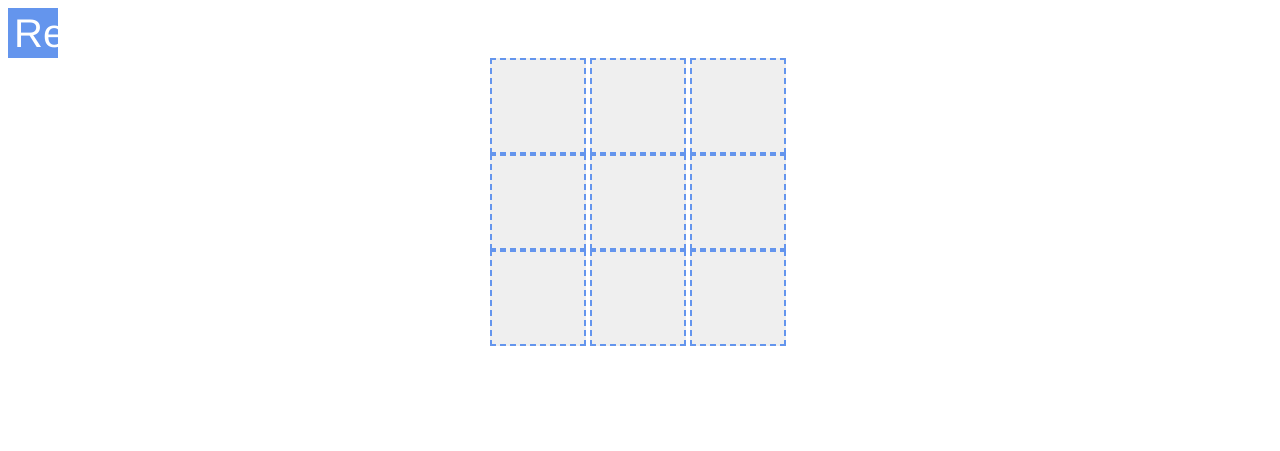
Repository: Milineam6162/workspace
Page: workspace 4/html/tic.html
The author's editor kept a record of every edit. The page is drawn from the files as they stood at one moment, then again after the next edit.
The browser window is 1280 px wide. The pictures show the whole page.

Above is the page before.

### workspace 4/html/tic.html
<!DOCTYPE html>
<html>
    <head>
        <title>Tick Tack Toe Game</title>
        <link rel="stylesheet" href="../css/stylesheet.css" type="text/css" />

    </head>
    <body>
        <input type="button" id="restartGame" value="Restart Game" onClick="history.go(0)">

        <div id="box">
            <div>
            <input type="button" class="but" id="btn1" onclick="clickBtn('btn1')" value=" ">
            <input type="button" class="but" id="btn2" onclick="clickBtn('btn2')" value=" "/>
            <input type="button" class="but" id="btn3" onclick="clickBtn('btn3')" value=" "/>
            </div>
            <div>
            <input type="button" class="but" id="btn4" onclick="clickBtn('btn4')" value=" "/>
            <input type="button" class="but" id="btn5" onclick="clickBtn('btn5')" value=" "/>
            <input type="button" class="but" id="btn6" onclick="clickBtn('btn6')" value=" "/>
            </div>
            <div>
            <input type="button" class="but" id="btn7" onclick="clickBtn('btn7')" value=" "/>
            <input type="button" class="but" id="btn8" onclick="clickBtn('btn8')" value=" "/>
            <input type="button" class="but" id="btn9" onclick="clickBtn('btn9')" value=" "/>
            </div>
        </div>
        <div>
            <h1 id="words"></h1>
        </div>

        <script src="../java/one.js"></script>
    </body>
</html>

### workspace 4/css/stylesheet.css
#box {
    width:300px;
    height:300px;
    border:none;
    margin:auto;
}
.but {

    width:96px;
    height:96px;
    border:2px dashed #6495ed;
    font-size:60px;
    font-family:helvetica;
    margin:auto;
}
#restartGame {

    width:50px;
    height:50px;
    font-family:helvetica;
    border:none;
    font-size:40px;
    background-color:#6495ed;
    color:white;
    margin: 0 auto 0 auto;
}
#words {
    color:#6495ed;
    font-family:helvetica;
    font-size:35px;

    margin:auto;

}
#wbox {
    width:300px;
    height:50px;
    background-color:#c1ff55;
    border:2px dashed white;
    margin:auto;
}

### workspace 4/java/one.js
var player = 1;
var countTurn=0;
            function clickBtn(btn1){

                if (player === 1){
                    document.getElementById(btn1).value="X";
                    document.getElementById(btn1).disabled="disabled";
                    player -= 1;

                    countTurn = countTurn +1;
                    checkCatsGame();
                    winner();

                }
                else {
                    document.getElementById(btn1).value="O";
                    document.getElementById(btn1).disabled="disabled";
                    player+=1;

                    countTurn = countTurn +1;
                    checkCatsGame();
                    winner();

                };

            }
            function disableBox(){
                document.getElementById("btn1").disabled ="disabled";
                document.getElementById("btn2").disabled ="disabled";
                document.getElementById("btn3").disabled ="disabled";
                document.getElementById("btn4").disabled ="disabled";
                document.getElementById("btn5").disabled ="disabled";
                document.getElementById("btn6").disabled ="disabled";
                document.getElementById("btn7").disabled ="disabled";
                document.getElementById("btn8").disabled ="disabled";
                document.getElementById("btn9").disabled ="disabled";

            }

            var word = document.getElementById("words").innerHTML;

            function checkCatsGame() {
                if (countTurn === 9){
                    document.getElementById("words").innerHTML="Cats Game";
                }
            }
            function winner() {


                if (
                    document.getElementById("btn1").value === "X" &&
                     document.getElementById("btn2").value === "X" &&
                      document.getElementById("btn3").value === "X"
                    ){
                        document.getElementById("words").innerHTML="Winner is X"

                        disableBox();
                    }
                else if (
                    document.getElementById("btn4").value ==="X" &&
                    document.getElementById("btn5").value ==="X" &&
                    document.getElementById("btn6").value ==="X"
                    ){
                        disableBox();
                        document.getElementById("words").innerHTML="Winner is X"
                    }
                else if (
                    document.getElementById("btn7").value ==="X" &&
                    document.getElementById("btn8").value ==="X" &&
                    document.getElementById("btn9").value ==="X"
                    ){
                        disableBox();
                        document.getElementById("words").innerHTML="Winner is X"
                    }
                else if (
                    document.getElementById("btn1").value ==="O" &&
                    document.getElementById("btn2").value ==="O" &&
                    document.getElementById("btn3").value ==="O"
                    ){
                        disableBox();
                        document.getElementById("words").innerHTML="Winner is O"
                    }
                    else if (
                    document.getElementById("btn4").value ==="O" &&
                    document.getElementById("btn5").value ==="O" &&
                    document.getElementById("btn6").value ==="O"
                    ){
                        disableBox();
                        document.getElementById("words").innerHTML="Winner is O"


                    }
                    else if (
                    document.getElementById("btn7").value ==="O" &&
                    document.getElementById("btn8").value ==="O" &&
                    document.getElementById("btn9").value ==="O"
                    ){
                        disableBox();
                        document.getElementById("words").innerHTML="Winner is O"
                    }
                    else if (
                    document.getElementById("btn1").value ==="O" &&
                    document.getElementById("btn5").value ==="O" &&
                    document.getElementById("btn9").value ==="O"
                    ){
                        disableBox();
                        document.getElementById("words").innerHTML="Winner is O"
                    }
                    else if (
                    document.getElementById("btn3").value ==="O" &&
                    document.getElementById("btn5").value ==="O" &&
                    document.getElementById("btn7").value ==="O"
                    ){
                        disableBox();
                        document.getElementById("words").innerHTML="Winner is O"
                    }
                    else if (
                    document.getElementById("btn1").value ==="X" &&
                    document.getElementById("btn5").value ==="X" &&
                    document.getElementById("btn9").value ==="X"
                    ){
                        disableBox();
                        document.getElementById("words").innerHTML="Winner is X"
                    }
                    else if (
                    document.getElementById("btn3").value ==="X" &&
                    document.getElementById("btn5").value ==="X" &&
                    document.getElementById("btn7").value ==="X"
                    ){
                        disableBox();
                        document.getElementById("words").innerHTML="Winner is X"
                    }
                    else if (
                    document.getElementById("btn1").value ==="O" &&
                    document.getElementById("btn4").value ==="O" &&
                    document.getElementById("btn7").value ==="O"
                    ){
                        disableBox();
                        document.getElementById("words").innerHTML="Winner is O"
                    }
                    else if (
                    document.getElementById("btn2").value ==="O" &&
                    document.getElementById("btn5").value ==="O" &&
                    document.getElementById("btn8").value ==="O"
                    ){
                        disableBox();
                        document.getElementById("words").innerHTML="Winner is O"
                    }
                    else if (
                    document.getElementById("btn3").value ==="O" &&
                    document.getElementById("btn6").value ==="O" &&
                    document.getElementById("btn9").value ==="O"
                    ){
                        disableBox();
                        document.getElementById("words").innerHTML="Winner is O"
                    }
                    else if (
                    document.getElementById("btn1").value ==="X" &&
                    document.getElementById("btn4").value ==="X" &&
                    document.getElementById("btn7").value ==="X"
                    ){
                        disableBox();
                        document.getElementById("words").innerHTML="Winner is X"
                    }
                    else if (
                    document.getElementById("btn2").value ==="X" &&
                    document.getElementById("btn5").value ==="X" &&
                    document.getElementById("btn8").value ==="X"
                    ){
                        disableBox();
                        document.getElementById("words").innerHTML="Winner is X"
                    }
                    else if (
                    document.getElementById("btn3").value ==="X" &&
                    document.getElementById("btn6").value ==="X" &&
                    document.getElementById("btn9").value ==="X"
                    ){
                        disableBox();
                        document.getElementById("words").innerHTML="Winner is X"

                    }

            }

After the next edit:
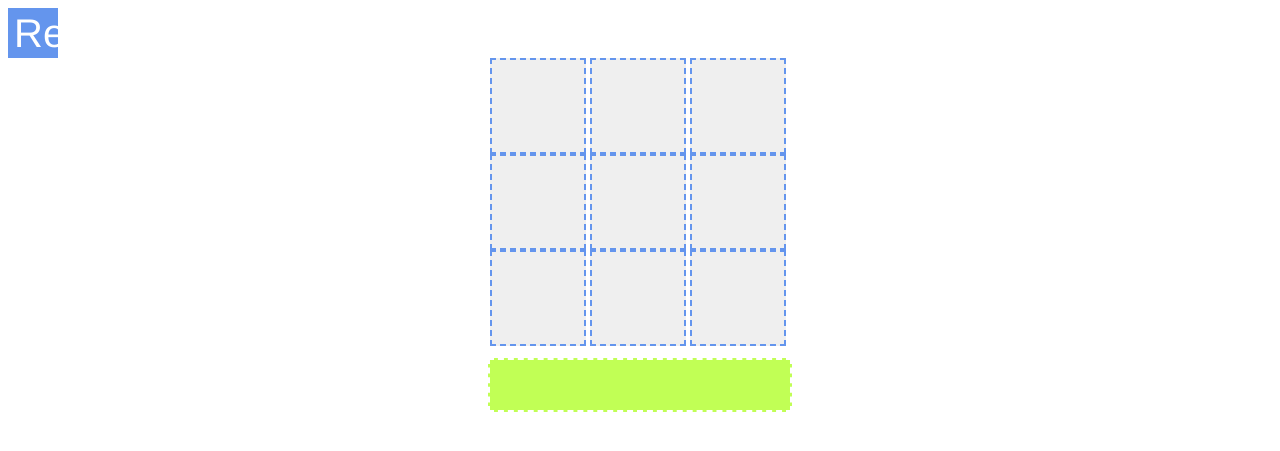
The edit:
--- a/workspace 4/html/tic.html
+++ b/workspace 4/html/tic.html
@@ -25,7 +25,7 @@
             <input type="button" class="but" id="btn9" onclick="clickBtn('btn9')" value=" "/>
             </div>
         </div>
-        <div>
+        <div class="hide" id="wbox">
             <h1 id="words"></h1>
         </div>
 
